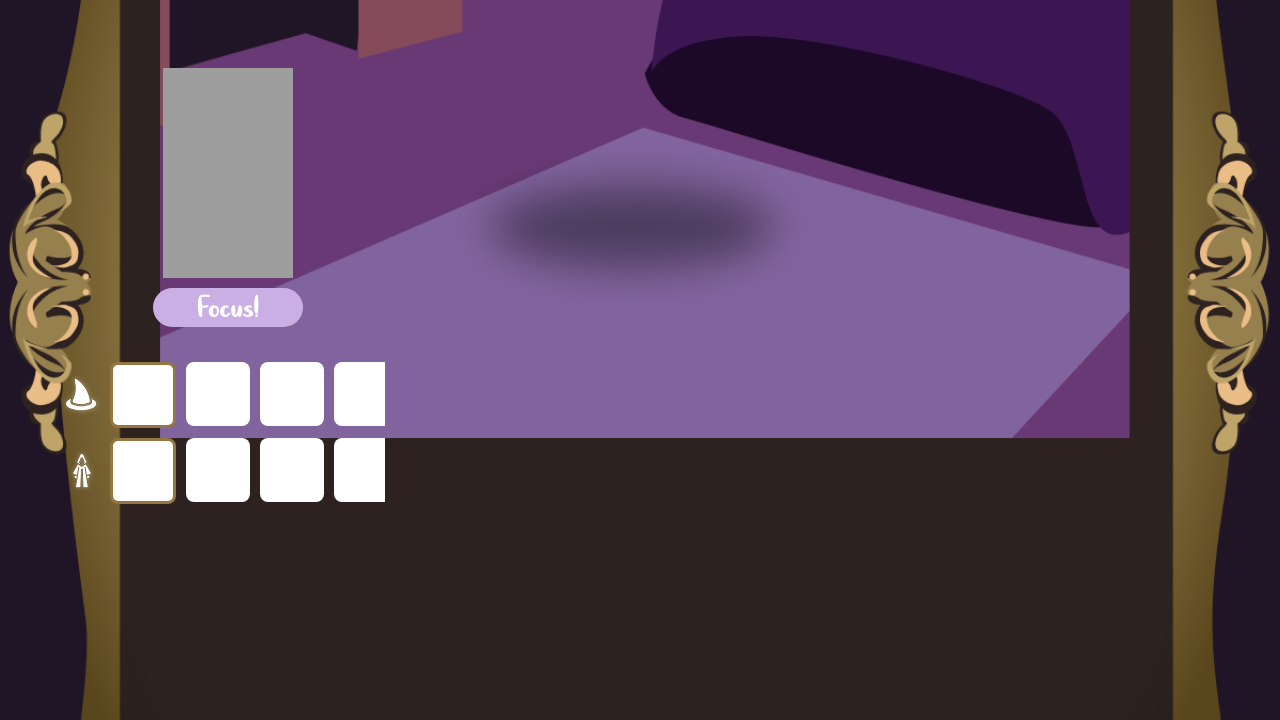
Repository: zhangolivia7/Little-Witch-Alcove
Page: popup.html
An editor plug-in stored every save of this project. The page is shown before and after the next save, followed by the edit.
The browser window is 1280 px wide. The pictures show the whole page.
Pictures or frames that could not be fetched are drawn as grey boxes.

Above is the page before, as saved 2025-11-15 17:06:51.

### popup.html
<!DOCTYPE html>
<html>
  <head>
    <title>Little Witch Alcove</title>
    <link rel="stylesheet" href="popup.css">
  </head>
  <body>
    <div>
        <img src="Assets/Witch.png" alt="Witch" id="witch-img">
    </div>
    <button id="focus-btn">Focus!</button>

    <div id="customization">
        <div class="category-row">
            <img src="Assets/Icons/Hat Category.svg" alt="Hat" class="category-icon">
            <div class="items-scroll">
                <div class="item-slot selected"></div>
                <div class="item-slot"></div>
                <div class="item-slot"></div>
                <div class="item-slot"></div>
                <div class="item-slot"></div>
            </div>
        </div>
        <div class="category-row">
            <img src="Assets/Icons/Robe Category.svg" alt="Robe" class="category-icon">
            <div class="items-scroll">
                <div class="item-slot selected"></div>
                <div class="item-slot"></div>
                <div class="item-slot"></div>
                <div class="item-slot"></div>
                <div class="item-slot"></div>
            </div>
        </div>
    </div>

    <script src="popup.js"></script>
  </body>
</html>

### popup.css
@font-face {
    font-family: 'QuiteMagical';
    src: url('Assets/Font/QuiteMagicalRegular.ttf');
}

body {
    width: 400px;
    height: 500px;
    background-image: url('Assets/No UI.png');
    background-repeat: no-repeat;
    background-position: center center;
    background-size: cover;
    background-color: #201526;
    padding: 20px;
    font-family: 'QuiteMagical';
  }

  h1 {
    font-size: 18px;
    text-align: center;
  }

  #focus-btn {
    width: 150px;
    margin: 10px auto 0 auto;
    padding: 5px 2px 0px 2px;
    border-radius: 25px;
    background: #CAAFE5;
    color: white;
    font-family: 'QuiteMagical';
    font-size: 36px;
    border: none;
    cursor: pointer;
    display: block;
  }

  #witch-img {
    width: 130px;
    height: 210px;
    margin: 40px auto 0 auto;
    display: block;
  }

  #customization {
    margin-top: 25px;
    padding: 10px 0;
  }

  .category-row {
    display: flex;
    align-items: center;
    margin-bottom: 10px;
    gap: 5px;
    margin-left: 35px;
  }

  .category-icon {
    width: 42px;
    height: 42px;
    flex-shrink: 0;
    color: white;
  }

  .items-scroll {
    display: flex;
    gap: 10px;
    overflow-x: auto;
    overflow-y: hidden;
    flex: 1;
    max-width: 275px;
    scrollbar-width: none;
    -ms-overflow-style: none;
  }

  .items-scroll::-webkit-scrollbar {
    display: none;
  }

  .item-slot {
    width: 60px;
    height: 60px;
    background: white;
    border-radius: 8px;
    flex-shrink: 0;
    border: 2px solid transparent;
  }

  .item-slot.selected {
    border: 3px solid #937640;
  }

### popup.js
document.getElementById("focus-btn").addEventListener("click", () => {
    alert("Hex of Concentration activated! 🔮");
  });

After the next save:
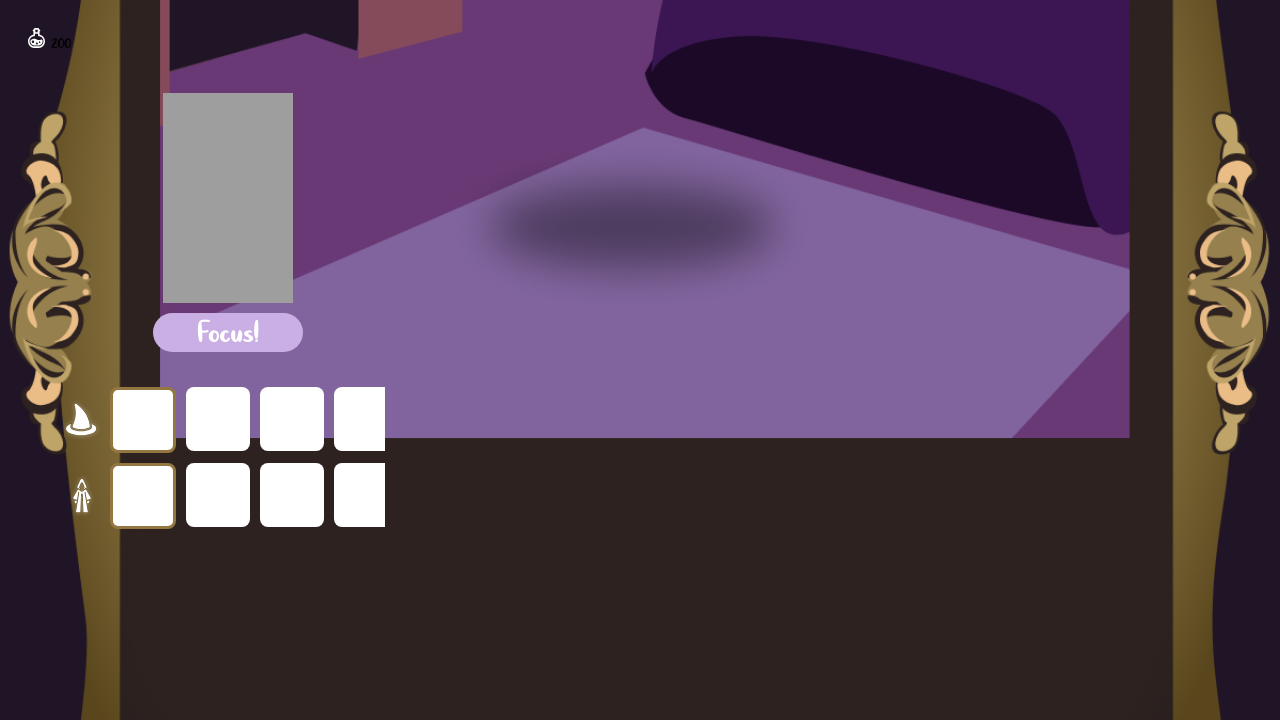
Saved 3 min 32 s later.
--- a/popup.html
+++ b/popup.html
@@ -5,6 +5,10 @@
     <link rel="stylesheet" href="popup.css">
   </head>
   <body>
+    <div id="potion-currency">
+        <img src="Assets/Icons/Potion.svg" alt="Potion" class="potion-icon">
+        <span id="potion-count">200</span>
+    </div>
     <div>
         <img src="Assets/Witch.png" alt="Witch" id="witch-img">
     </div>
